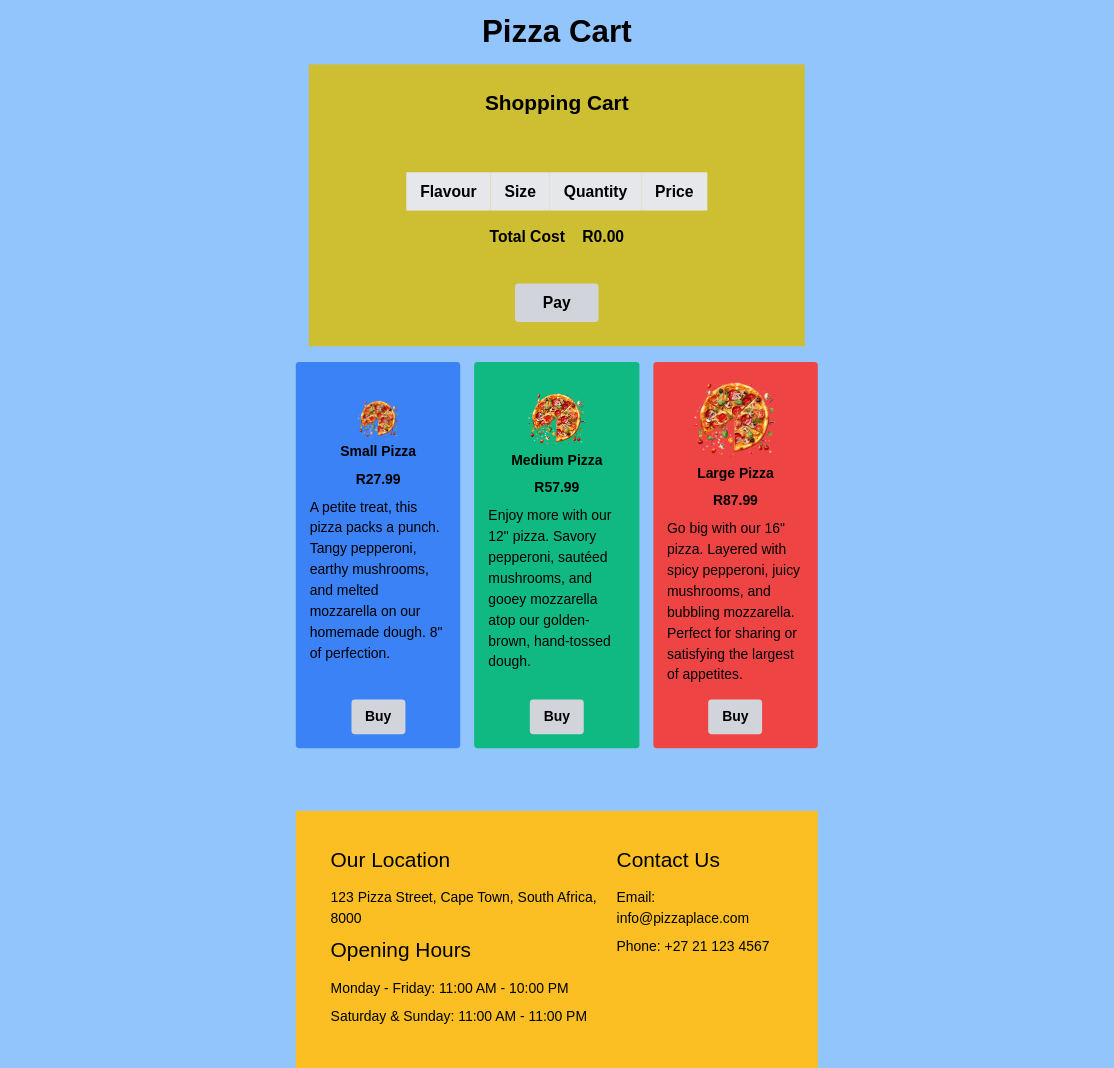
Repository: lasity34/pizza-cart-with-api
Page: index.html
An editor plug-in stored every save of this project. The page is shown before and after the next save, followed by the edit.
The browser window is 1280 px wide. The pictures show the whole page, at 87% of full size.
The page's requests for data from a server got no answer. Some web fonts or font styles are not loaded; a fallback is used. Some web libraries are served in a nearby version.

Above is the page before, as saved 2023-07-13 14:17:40.
Console error (its wording comes from the project's code and is left out).

After the next save:
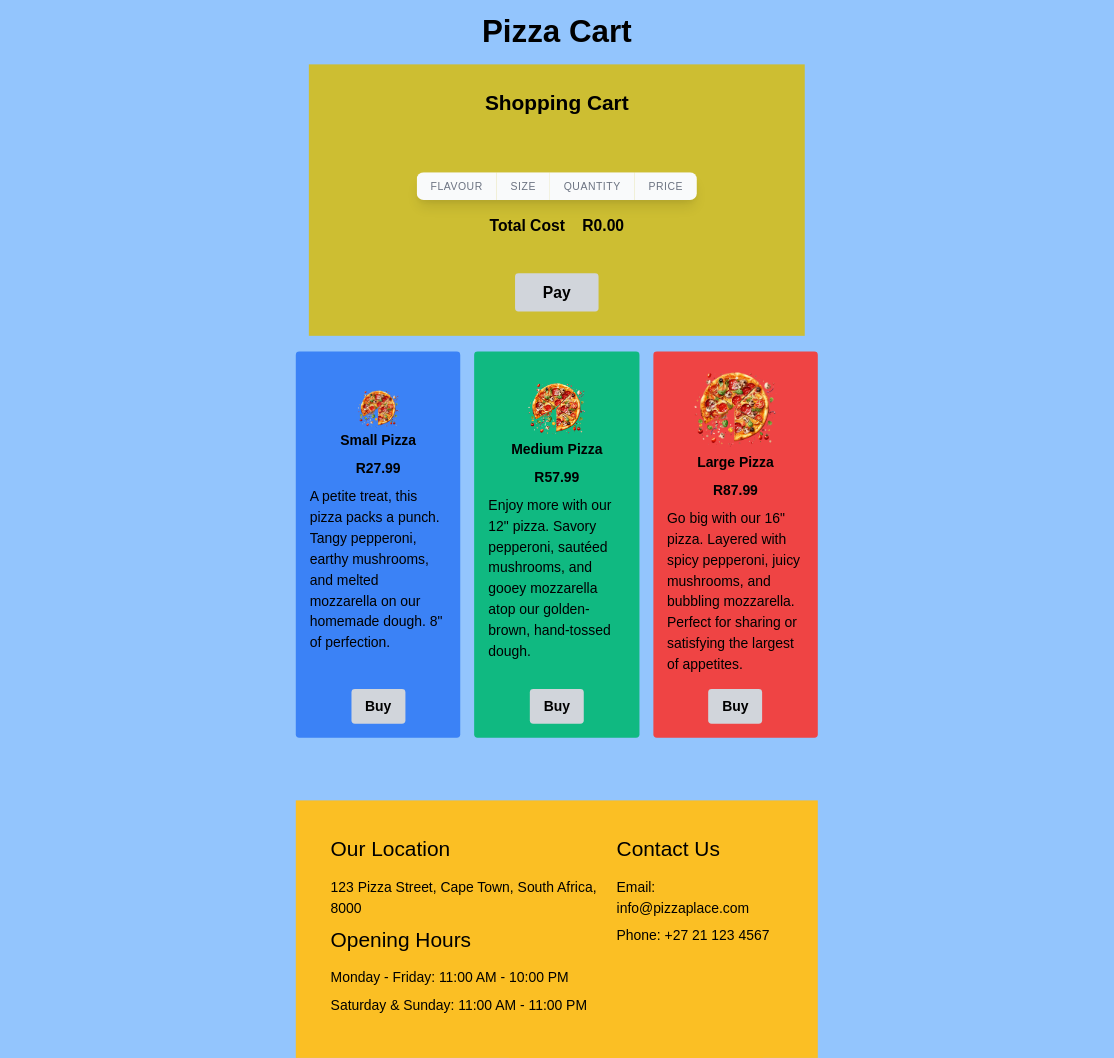
Saved 111 s later.
--- a/index.html
+++ b/index.html
@@ -35,37 +35,37 @@
       <div class="mt-6 flex flex-col items-center">
         <div>
             <section class="mt-8">
-                <table class="table-auto w-full">
-                    <thead>
-                        <tr class="bg-gray-200">
-                            <th class="px-4 py-2">Flavour</th>
-                            <th class="px-4 py-2">Size</th>
-                            <th class="px-4 py-2">Quantity</th>
-                            <th class="px-4 py-2">Price</th>
+                <table class="table-auto w-full rounded-lg overflow-hidden shadow-lg max-w-md mx-auto">
+                    <thead class="bg-gray-50">
+                        <tr>
+                            <th class="px-4 py-2 text-left text-xs font-medium text-gray-500 uppercase tracking-wider">Flavour</th>
+                            <th class="px-4 py-2 text-left text-xs font-medium text-gray-500 uppercase tracking-wider">Size</th>
+                            <th class="px-4 py-2 text-left text-xs font-medium text-gray-500 uppercase tracking-wider">Quantity</th>
+                            <th class="px-4 py-2 text-left text-xs font-medium text-gray-500 uppercase tracking-wider">Price</th>
                         </tr>
                     </thead>
-                    <tbody>
+                    <tbody class="bg-white divide-y divide-gray-200">
                         <template x-for="pizza in cartPizzas">
-                            <tr class="border-b border-gray-200 bg-white shadow-lg py-4">
-                                <td class="px-4 py-2 font-bold" x-text="pizza.flavour"></td>
-                                <td class="px-4 py-2" x-text="pizza.size"></td>
-                                <td class="px-4 py-2">
+                            <tr>
+                                <td class="px-4 py-2 whitespace-nowrap text-sm text-gray-500" x-text="pizza.flavour"></td>
+                                <td class="px-4 py-2 whitespace-nowrap text-sm text-gray-500" x-text="pizza.size"></td>
+                                <td class="px-4 py-2 whitespace-nowrap text-sm text-gray-500">
                                     <div class="flex items-center justify-center">
                                         <button
                                             @click="increment('large')"
-                                            class="bg-gray-300 hover:bg-gray-400 rounded-lg px-3 py-1 mr-2 font-bold"
+                                            class="bg-gray-200 hover:bg-gray-300 text-gray-800 font-bold py-2 px-4 rounded-l"
                                         >
                                             +
                                         </button>
                                         <button
                                             @click="decrement('large')"
-                                            class="bg-gray-300 hover:bg-gray-400 rounded-lg px-3 py-1 font-bold"
+                                            class="bg-gray-200 hover:bg-gray-300 text-gray-800 font-bold py-2 px-4 rounded-r"
                                         >
                                             -
                                         </button>
                                     </div>
                                 </td>
-                                <td class="px-4 py-2 text-xs sm:text-sm md:text-lg lg:text-2xl">
+                                <td class="px-4 py-2 whitespace-nowrap text-sm text-gray-500">
                                     R<span x-text="pizza.price"></span>
                                 </td>
                             </tr>
@@ -73,6 +73,7 @@
                     </tbody>
                 </table>
             </section>
+
 
         </div>
         <div class="flex justify-center mt-4">
